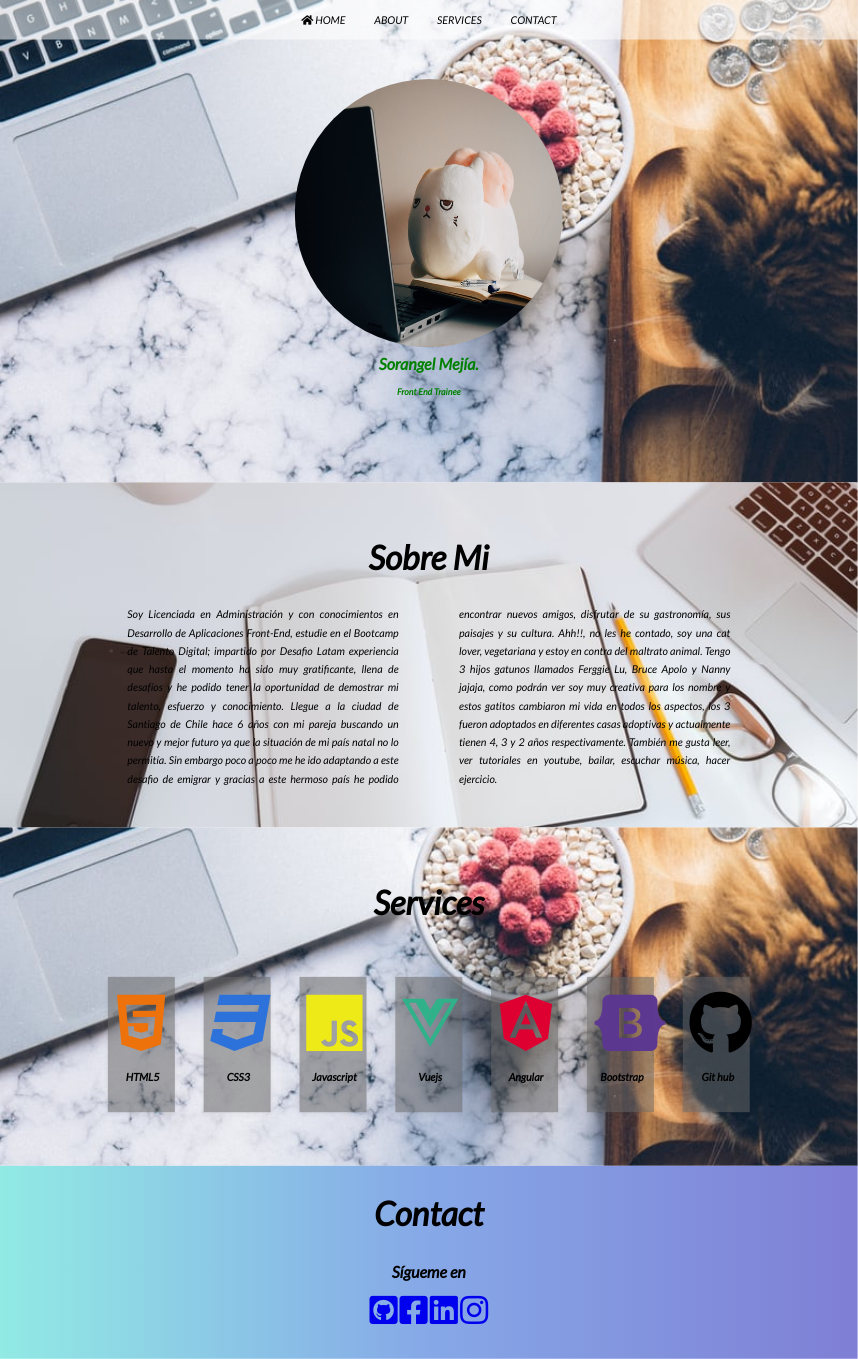
Repository: sory2311/portfolio-css
Page: index.html
The author's editor kept a copy of each file at every save. The page is drawn from the files as they stood at one save, then again after the next save.
The browser window is 1280 px wide. The pictures show the whole page, at 67% of full size.
Backgrounds fixed to the window are drawn as part of the page. Some web libraries are served in a nearby version.

Above is the page before, as saved 2021-05-27 18:14:51.

After the next save:
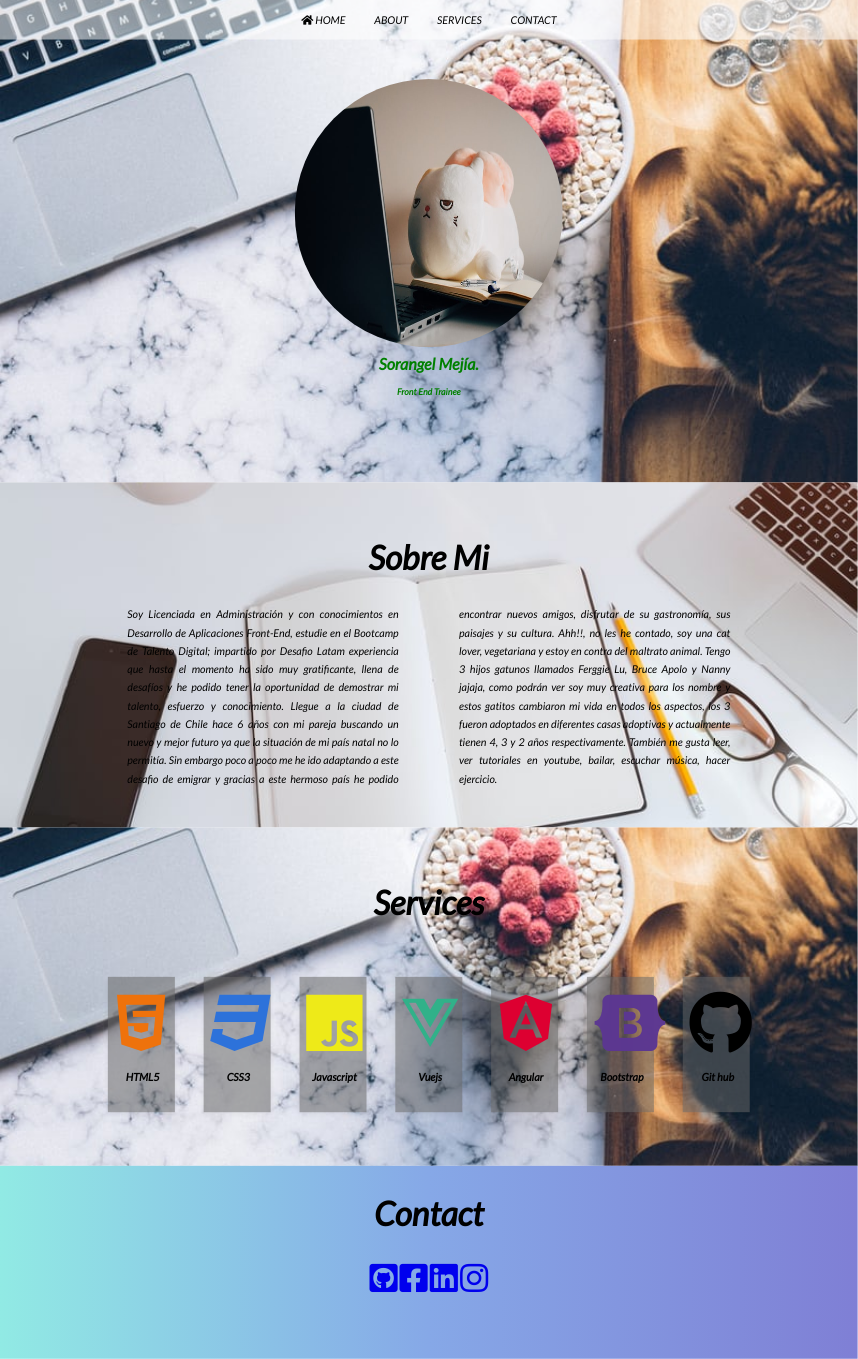
Saved 30 s later.
--- a/index.html
+++ b/index.html
@@ -112,10 +112,6 @@
     <section id="contact">
       <div class="container">
         <h1 class="section-title">Contact</h1>
-
-                  <div>
-                      <h1 data-toggle="tooltip" data-placement="top" title="Mis Redes Sociales"><span>Sígueme en</span></h1>
-                  </div>
                   <div class="col-sm-6 footer">
 
                           <div class="icons-footer">
